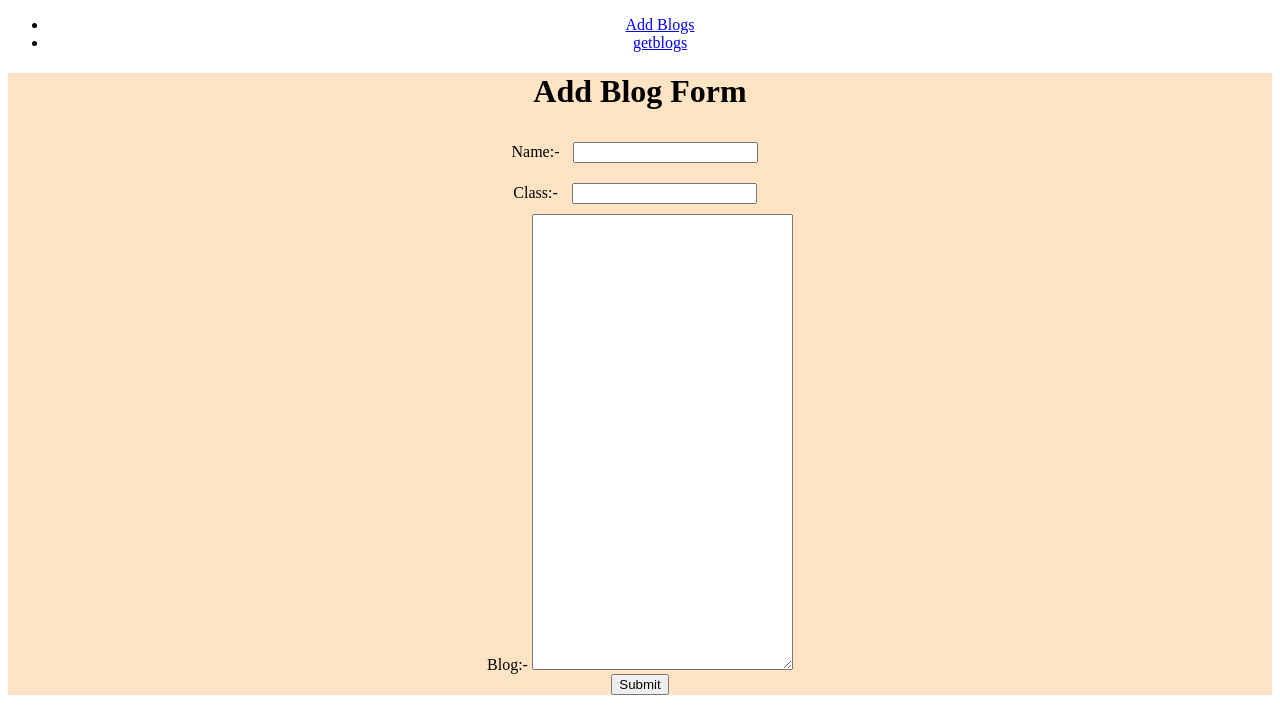
Repository: Sanskriti002/ExpressToDo
Page: public/index.html
An editor plug-in stored every save of this project. The page is shown before and after the next save, followed by the edit.
The browser window is 1280 px wide. The pictures show the whole page.

Above is the page before, as saved 2024-03-13 11:55:44.

After the next save:
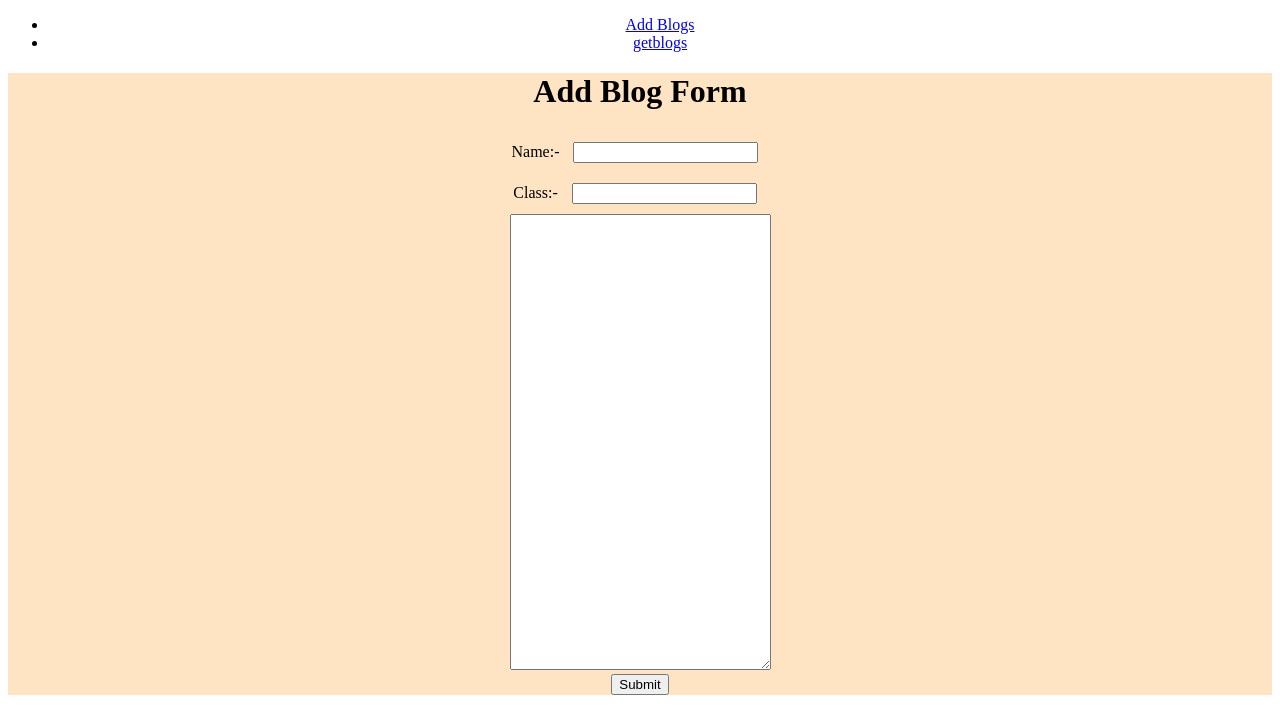
Saved 7 s later.
--- a/public/index.html
+++ b/public/index.html
@@ -27,7 +27,7 @@
         <label for="Class">Class:-</label>
         <input type="text" name="Class" id="Class"><br>
 
-        <label for="blog">Blog:-</label>
+        <label for="blog"></label>
         <textarea name="blog" id="blog" cols="30" rows="30"></textarea><br>
 
         <button>Submit</button>
